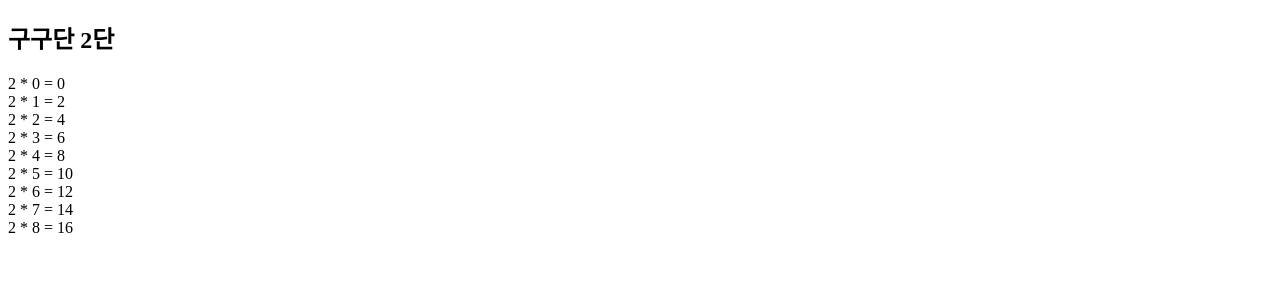
Repository: poiup/jsp_practice
Page: http://localhost/20210128/jspTag/Scriptlet.jsp
An editor plug-in stored every save of this project. The page is shown before and after the next save, followed by the edit.
The browser window is 1280 px wide. The pictures show the whole page.
The page is served by Tomcat 9.

Above is the page before, as saved 2022-01-28 02:42:01.

After the next save:
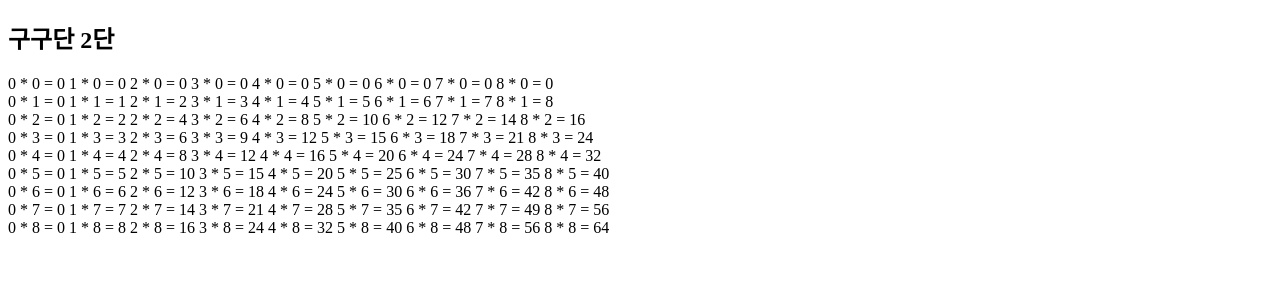
Saved 2 min 42 s later.
--- a/20210128/src/main/webapp/jspTag/Scriptlet.jsp
+++ b/20210128/src/main/webapp/jspTag/Scriptlet.jsp
@@ -13,7 +13,10 @@
 	(javascript의 document.write()와 같은역활 -->
 	<h2>구구단 2단</h2>
 	<% for(int i = 0; i< 9; i++){
-		out.println(2 + " * " + i + " = " + 2*i);
+		for(int j = 0; j< 9; j++){
+		out.println(j + " * " + i + " = " + j*i);
+		}
+
 	%></br><%
 	}%>
 </body>
